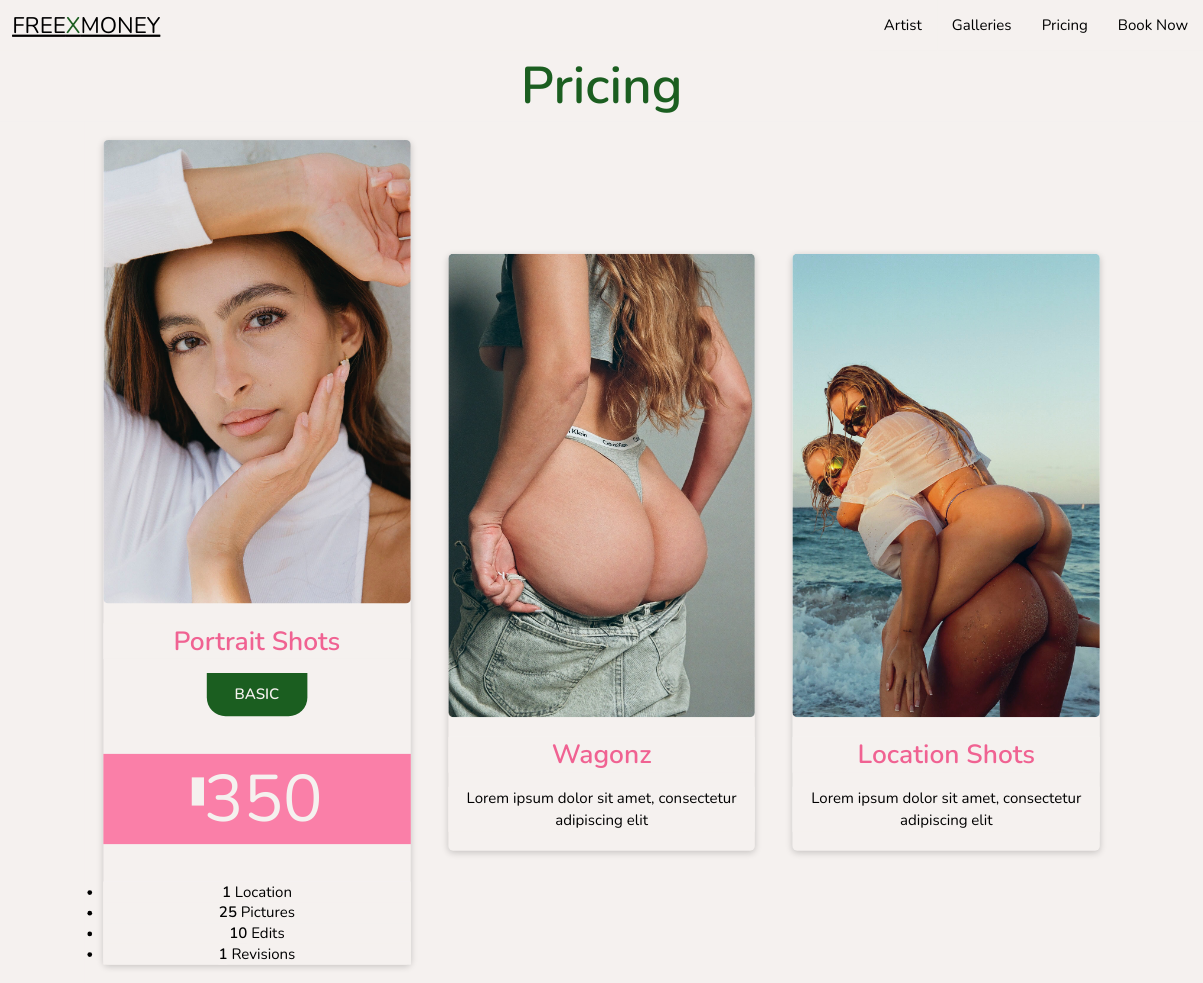
Repository: burntaftermint/freexmoney-draft
Page: pricing.html
These files come from the project's save history. The page is drawn as it stood at one moment and after the next save; the edit follows.
The browser window is 1280 px wide. The pictures show the whole page, at 94% of full size.
Some web fonts or font styles are not loaded; a fallback is used.

Above is the page before, as saved 2024-06-10 02:04:40.

After the next save:
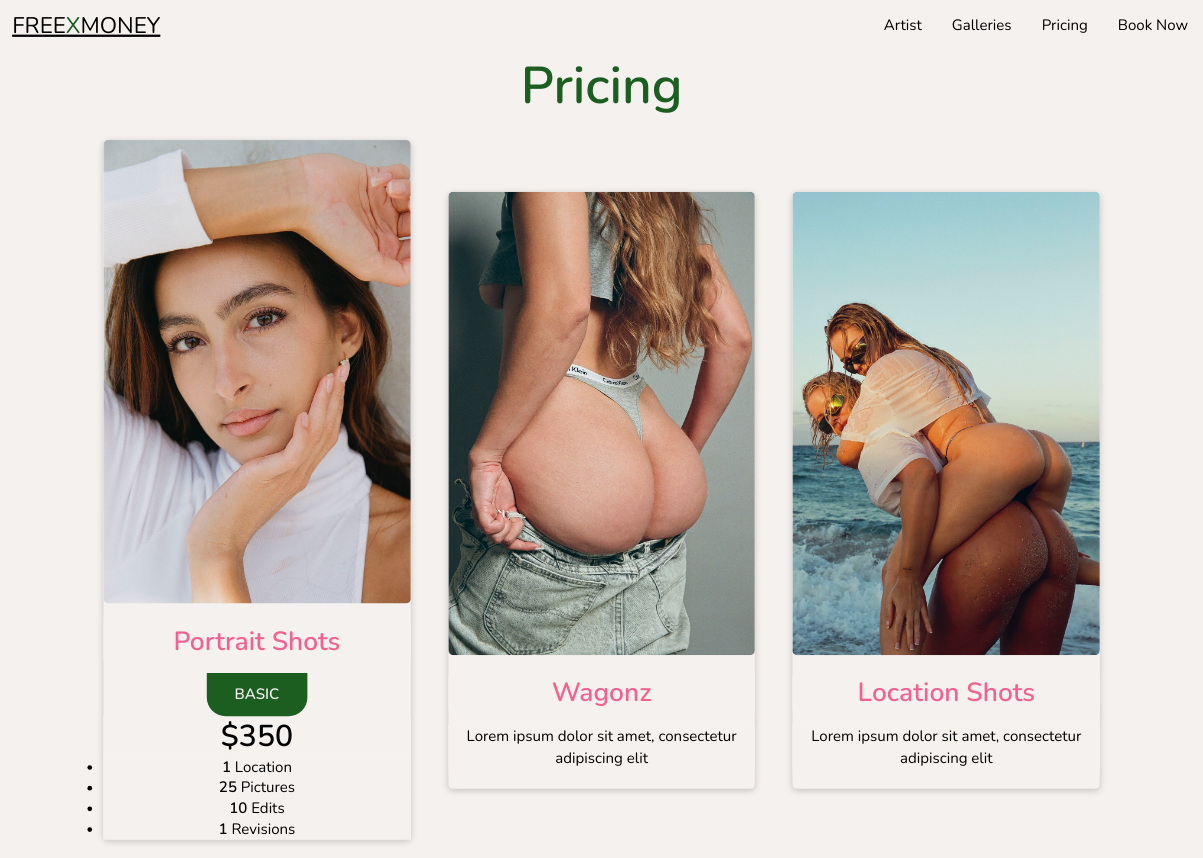
Saved 60 s later.
--- a/pricing.html
+++ b/pricing.html
@@ -38,7 +38,7 @@
                <img src="images/portraits.JPG" alt="">
                <h2>Portrait Shots</h2>
                <h3 class="pricing-card-header">Basic</h3>
-            <div class="price"><sup>$</sup>350</div>
+            <h1>$350</h1>
             <ul>
                 <li><strong>1</strong> Location</li>
                 <li><strong>25</strong> Pictures</li>
